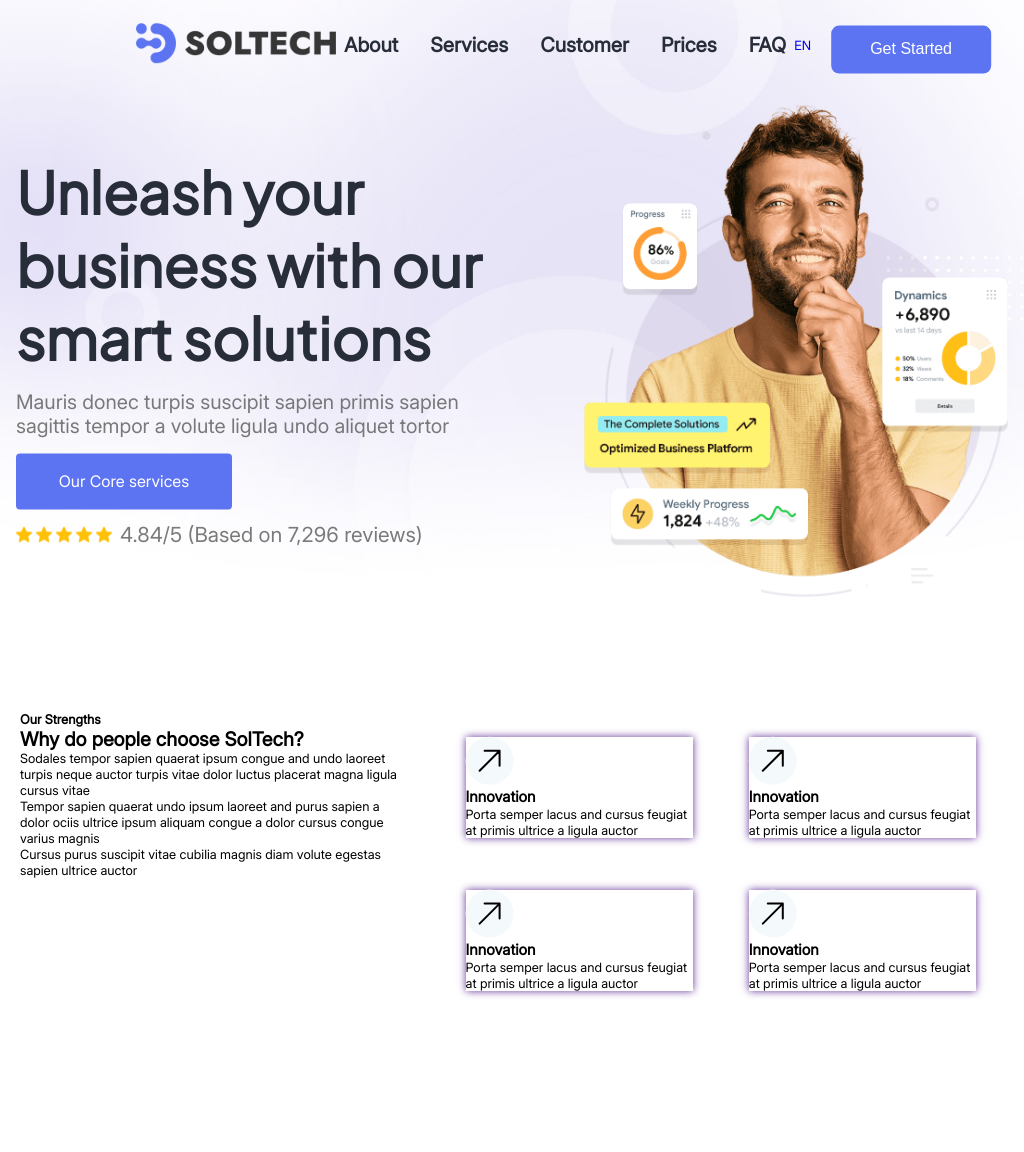
Repository: md-rabbi-hossain/Soltech-html
Page: index.html
These files come from the project's save history. The page is drawn as it stood at one moment and after the next save; the edit follows.
The browser window is 1280 px wide. The pictures show the whole page, at 80% of full size.

Above is the page before, as saved 2025-01-10 02:09:12.

### index.html
<!DOCTYPE html>
<html lang="en">
  <head>
    <meta charset="UTF-8" />
    <meta name="viewport" content="width=device-width, initial-scale=1.0" />
    <link rel="stylesheet" href="Css/style.css" />
    <title>Soltech</title>
  </head>
  <body>
    <header class="main-container">
      <div class="Hero-parents-container">
        <nav>
          <div class="logo">
            <img src="image/logo-1.png" alt="Logo" />
          </div>
          <ul class="menu">
            <li class="dropdown">
              <a href="#">About</a>
              <ul class="dropdown-menu">
                <li><a href="#">Our Team</a></li>
                <li><a href="#">Our Mission</a></li>
                <li><a href="#">History</a></li>
              </ul>
            </li>
            <li><a href="#">Services</a></li>
            <li><a href="#">Customer</a></li>
            <li><a href="#">Prices</a></li>
            <li><a href="#">FAQ</a></li>
          </ul>
          <div class="actions">
            <div class="dropdown">
              <li><a href="#">EN</a></li>
              <ul class="dropdown-menu">
                <li><a href="#">English</a></li>
                <li><a href="#">Spanish</a></li>
              </ul>
            </div>
            <button class="get-started">Get Started</button>
          </div>
        </nav>
        <!-- Navbar end here  -->
        <!-- hero start here  -->
        <div class="hero-parents container">
          <div class="left-side">
            <div class="content">
              <h1>Unleash your business with our smart solutions</h1>
              <p>
                Mauris donec turpis suscipit sapien primis sapien sagittis
                tempor a volute ligula undo aliquet tortor
              </p>
              <div>
                <button>Our Core services</button>
              </div>
              <div class="text">
                <div class="icon">
                  <img src="image/star.png" alt="" />
                  <img src="image/star.png" alt="" />
                  <img src="image/star.png" alt="" />
                  <img src="image/star.png" alt="" />
                  <img src="image/star.png" alt="" />
                </div>
                <p>4.84/5 (Based on 7,296 reviews)</p>
              </div>
            </div>
          </div>
          <div class="right">
            <img src="/image/hero-right.png" alt="" />
          </div>
        </div>
      </div>
    </header>
    <section class="main-container cta-section">
      <div class="container">
        <div class="introduction-parent">
          <div class="introduction-text">
            <h4>Our Strengths</h4>
            <h2>Why do people choose SolTech?</h2>
            <p>
              Sodales tempor sapien quaerat ipsum congue and undo laoreet turpis
              neque auctor turpis vitae dolor luctus placerat magna ligula
              cursus vitae
            </p>
            <ul>
              <li>
                Tempor sapien quaerat undo ipsum laoreet and purus sapien a
                dolor ociis ultrice ipsum aliquam congue a dolor cursus congue
                varius magnis
              </li>
              <li>
                Cursus purus suscipit vitae cubilia magnis diam volute egestas
                sapien ultrice auctor
              </li>
            </ul>
          </div>
          <div class="box-parent">
            <div class="box">
              <div class="box-inner">
                <svg
                  xmlns="http://www.w3.org/2000/svg"
                  fill="none"
                  viewBox="0 0 24 24"
                  stroke-width="1.5"
                  stroke="currentColor"
                  class="size-6"
                >
                  <path
                    stroke-linecap="round"
                    stroke-linejoin="round"
                    d="m4.5 19.5 15-15m0 0H8.25m11.25 0v11.25"
                  />
                </svg>
                <h3>Innovation</h3>
                <p>
                  Porta semper lacus and cursus feugiat at primis ultrice a
                  ligula auctor
                </p>
              </div>
            </div>
            <div class="box">
              <div class="box-inner">
                <svg
                  xmlns="http://www.w3.org/2000/svg"
                  fill="none"
                  viewBox="0 0 24 24"
                  stroke-width="1.5"
                  stroke="currentColor"
                  class="size-6"
                >
                  <path
                    stroke-linecap="round"
                    stroke-linejoin="round"
                    d="m4.5 19.5 15-15m0 0H8.25m11.25 0v11.25"
                  />
                </svg>
                <h3>Innovation</h3>
                <p>
                  Porta semper lacus and cursus feugiat at primis ultrice a
                  ligula auctor
                </p>
              </div>
            </div>
            <div class="box">
              <div class="box-inner">
                <svg
                  xmlns="http://www.w3.org/2000/svg"
                  fill="none"
                  viewBox="0 0 24 24"
                  stroke-width="1.5"
                  stroke="currentColor"
                  class="size-6"
                >
                  <path
                    stroke-linecap="round"
                    stroke-linejoin="round"
                    d="m4.5 19.5 15-15m0 0H8.25m11.25 0v11.25"
                  />
                </svg>
                <h3>Innovation</h3>
                <p>
                  Porta semper lacus and cursus feugiat at primis ultrice a
                  ligula auctor
                </p>
              </div>
            </div>
            <div class="box">
              <div class="box-inner">
                <svg
                  xmlns="http://www.w3.org/2000/svg"
                  fill="none"
                  viewBox="0 0 24 24"
                  stroke-width="1.5"
                  stroke="currentColor"
                  class="size-6"
                >
                  <path
                    stroke-linecap="round"
                    stroke-linejoin="round"
                    d="m4.5 19.5 15-15m0 0H8.25m11.25 0v11.25"
                  />
                </svg>
                <h3>Innovation</h3>
                <p>
                  Porta semper lacus and cursus feugiat at primis ultrice a
                  ligula auctor
                </p>
              </div>
            </div>
          </div>
        </div>
      </div>
    </section>
    <script src="/Js/Script.js"></script>
  </body>
</html>

### Css/style.css
* {
  margin: 0;
  padding: 0;
  box-sizing: border-box;
}
html {
  scroll-behavior: smooth;
}
@font-face {
  font-family: Inter;
  src: url("/Font/Inter_24pt-Regular.ttf") format("woff2");
  src: url("/Font/Inter_24pt-Regular.ttf") format("woff");
  src: url("/Font/Inter_24pt-Regular.ttf") format("truetype");
  font-weight: normal;
  font-style: normal;
}
@font-face {
  font-family: Jakarta;
  src: url("/Font/PlusJakartaSans-Regular.ttf") format("woff2");
  src: url("/Font/PlusJakartaSans-Regular.ttf") format("woff");
  src: url("/Font/PlusJakartaSans-Regular.ttf") format("truetype");
  font-weight: normal;
  font-style: normal;
}
body {
  font-family: Inter;
}
li {
  list-style: none;
}
li a {
  text-decoration: none;
}
.main-container {
  max-width: 100%;
}

.container {
  max-width: 1400px;
  display: block;
  margin: 0 auto;
  padding: 25px;
}
h1 h2 h3 h5 h5 {
  font-family: Jakarta;
}
nav {
  display: flex;
  justify-content: space-between;
  align-items: center;
  padding-left: 170px;
  padding-right: 150px;
  padding-top: 20px;
  padding-bottom: 20px;
  position: relative;
  transition: all 0.3s ease;
  z-index: 1000;
}
nav.sticky {
  background-color: rgba(253, 253, 254, 0.8);
  position: sticky;
  top: 0;
  padding-bottom: 20px;
  box-shadow: 0 4px 6px rgba(0, 0, 0, 0.1);
}
.logo img {
  max-height: 50px;
}
.menu {
  display: flex;
  list-style: none;
  gap: 20px;
}
.menu li {
  position: relative;
}
.menu a {
  text-decoration: none;
  font-size: 25px;
  color: #282d3a;
  font-weight: bold;
  padding: 5px 10px;
}
/* Dropdown Styles */
.dropdown:hover .dropdown-menu {
  display: block;
}
.dropdown-menu {
  display: none;
  position: absolute;
  background: #fff;
  box-shadow: 0 4px 6px rgba(0, 0, 0, 0.1);
  border-radius: 5px;
  margin-top: 10px;
  list-style: none;
  padding: 10px 0;
}
.dropdown-menu li {
  padding: 5px 20px;
}
.dropdown-menu li a {
  color: #282d3a;
}
.dropdown-menu li:hover {
  background: #f1f1f1;
}
.actions {
  display: flex;
  align-items: center;
  gap: 20px;
}
.get-started {
  background: #5d74f2;
  color: #fff;
  font-size: 20px;
  line-height: 28px;
  padding: 6px 22px 8px;
  margin: 12px 5px 0;
  border: none;
  border-radius: 10px;
  width: 200px;
  height: 60px;
  cursor: pointer;
  transition: 0.5s;
}
.get-started:hover {
  background: #f2f0fb;
  border: 1px solid black;
  color: #585f6e;
}

/*  Hero Section Styles Here */
.Hero-parents-container {
  max-width: 100%;
  height: 100vh;
  background-image: url("/image/hero-1.jpg");
  background-size: cover;
  background-repeat: no-repeat;
}
.hero-parents {
  display: flex;
  justify-content: space-between;
  align-items: center;
  gap: 20px;
  padding: 20px;
}

.left-side {
  flex: 1;
}
.left-side h1 {
  font-size: 4.5rem;
  color: #282d3a;
  margin-bottom: 20px;
  font-family: Jakarta;
}
.left-side p {
  font-size: 25px;
  width: 560px;
  color: #5a5a5a; /* Subtle color for the paragraph text */
  margin-bottom: 20px;
  opacity: 0.8;
}

.left-side button {
  background: #5d74f2;
  color: white;
  font-size: 20px;
  padding: 10px 20px;
  border: none;
  border-radius: 5px;
  cursor: pointer;
  width: 270px;
  font-family: Inter;
  height: 70px;
}

.left-side button:hover {
  background: #4b62d8;
}
.icon img {
  width: 20px;
}

.text {
  display: flex;
  align-items: center;
  gap: 10px;
  padding-top: 15px;
}
.icon {
  display: flex;
  gap: 5px;
}

.icon img {
  width: 20px;
  height: 20px;
}

.text p {
  margin: 0;
  font-size: 26px;
}

/* Right Side */
.right {
  flex: 1;
  display: flex;
  justify-content: center;
  align-items: center;
}

.right img {
  max-width: 100%;
  height: auto;
  object-fit: contain;
}
section.main-container.cta-section {
  height: 100vh;
  display: flex;
  align-items: center;
}

.introduction-parent {
  display: flex;
  justify-content: space-between;
}

.introduction-text {
  width: 40%;
  margin-right: 50px;
}
.box-parent {
  display: flex;
  flex-wrap: wrap;
  width: 60%;
}
.box {
  width: 50%;
  padding: 32px 35px;
}
.box-inner {
  box-shadow: 0 0 10px rebeccapurple;
}
.box-inner svg {
  width: 60px;
  height: 60px;
  background: #f4f9fc;
  padding: 10px;
  border-radius: 50%;
}

### Js/Script.js
window.onscroll = function () {
  let navbar = document.querySelector("nav");
  if (window.pageYOffset > 0) {
    navbar.classList.add("sticky");
  } else {
    navbar.classList.remove("sticky");
  }
};

After the next save:
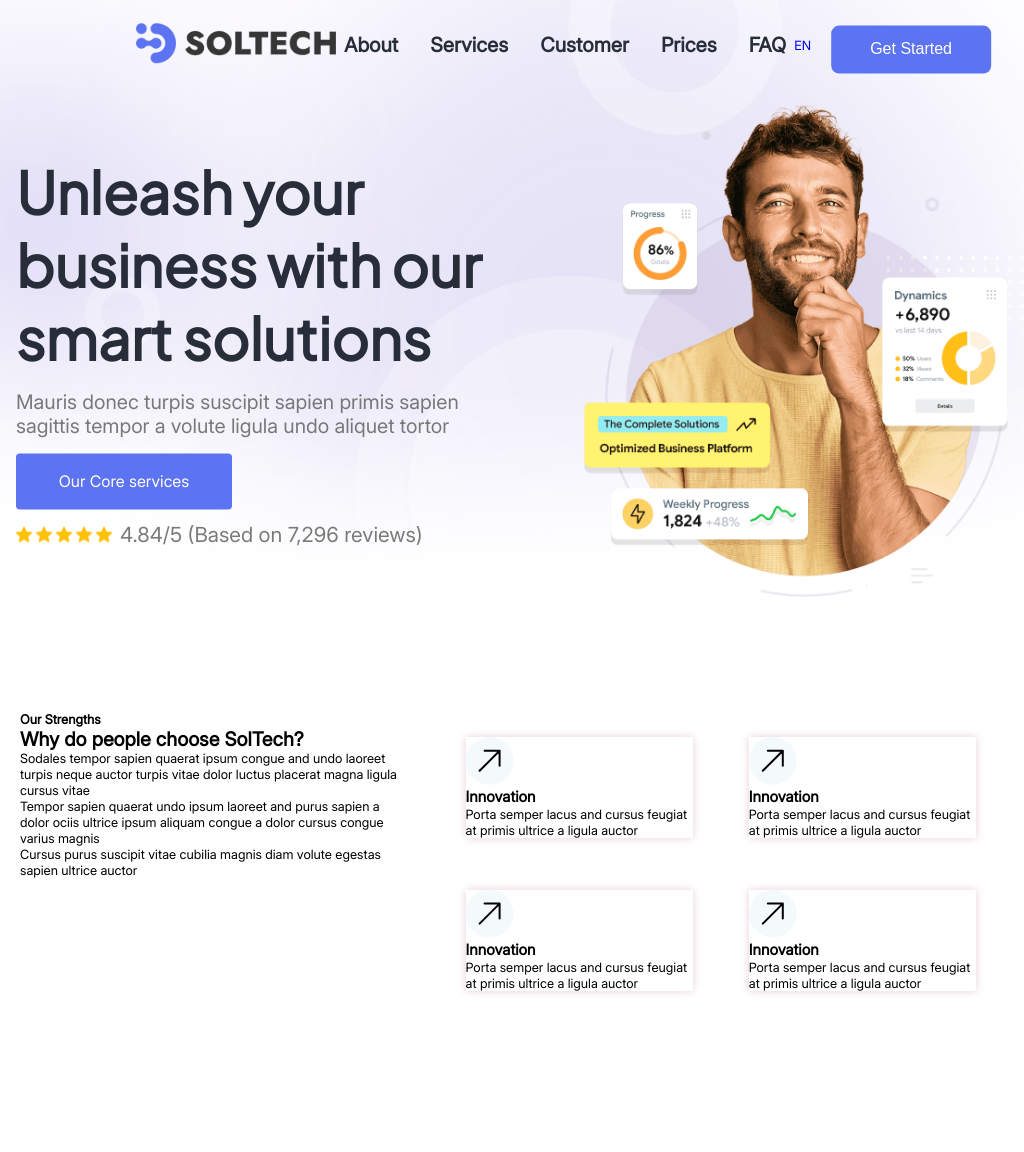
Saved 34 s later.
--- a/Css/style.css
+++ b/Css/style.css
@@ -241,7 +241,7 @@ section.main-container.cta-section {
   padding: 32px 35px;
 }
 .box-inner {
-  box-shadow: 0 0 10px rebeccapurple;
+  box-shadow: 0 0 10px #99334d3b;
 }
 .box-inner svg {
   width: 60px;
